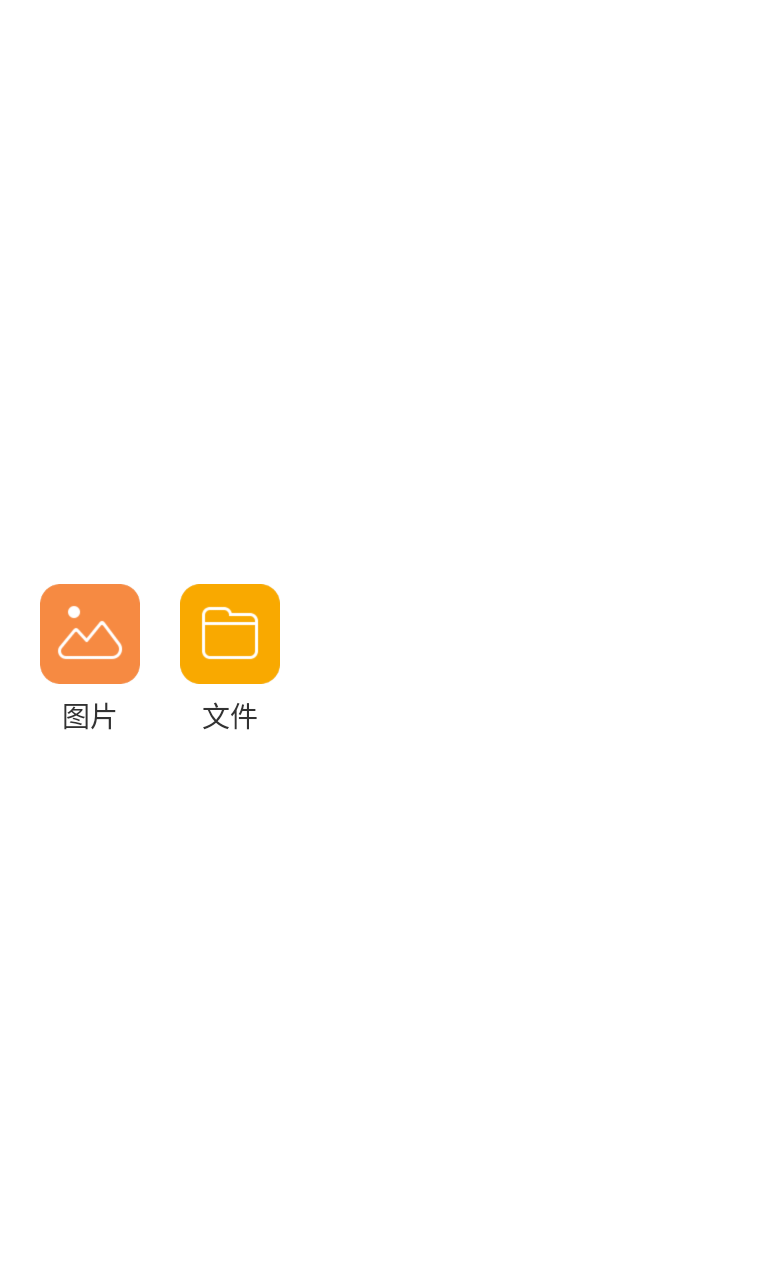
Repository: fanloveoupao/WecharTest
Layout: TestWechar/res/layout/send_file.xml
An editor plug-in stored every save of this project. The layout is shown before and after the next save, followed by the edit.
It is drawn on a 768 x 1280 px phone screen (xhdpi) without system bars, with theme AppTheme; the app's code is not run.

Above is the layout before, as saved 2015-10-09 06:18:53.

After the next save:
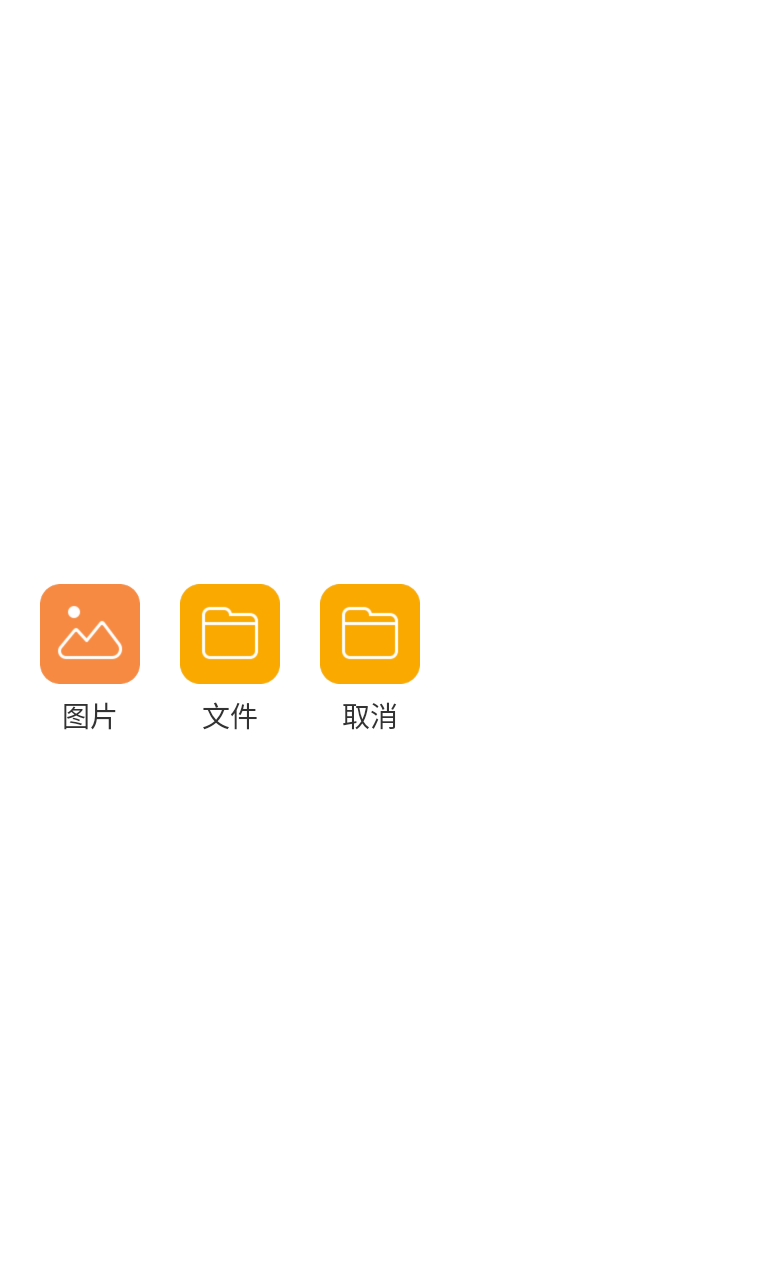
Saved 6 min 4 s later.
--- a/TestWechar/res/layout/send_file.xml
+++ b/TestWechar/res/layout/send_file.xml
@@ -52,4 +52,27 @@
             android:text="文件" />
     </LinearLayout>
 
+    <LinearLayout
+        android:layout_width="wrap_content"
+        android:layout_height="wrap_content"
+        android:layout_marginLeft="20dp"
+        android:layout_marginTop="10dp"
+        android:gravity="center_vertical"
+        android:orientation="vertical" >
+
+        <ImageView
+            android:id="@+id/send_cancle"
+            android:layout_width="50dp"
+            android:layout_height="50dp"
+            android:src="@drawable/file" />
+
+        <TextView
+            android:id="@+id/text_file"
+            android:layout_width="50dp"
+            android:layout_height="wrap_content"
+            android:layout_marginTop="5dp"
+            android:gravity="center"
+            android:text="取消" />
+    </LinearLayout>
+
 </LinearLayout>
